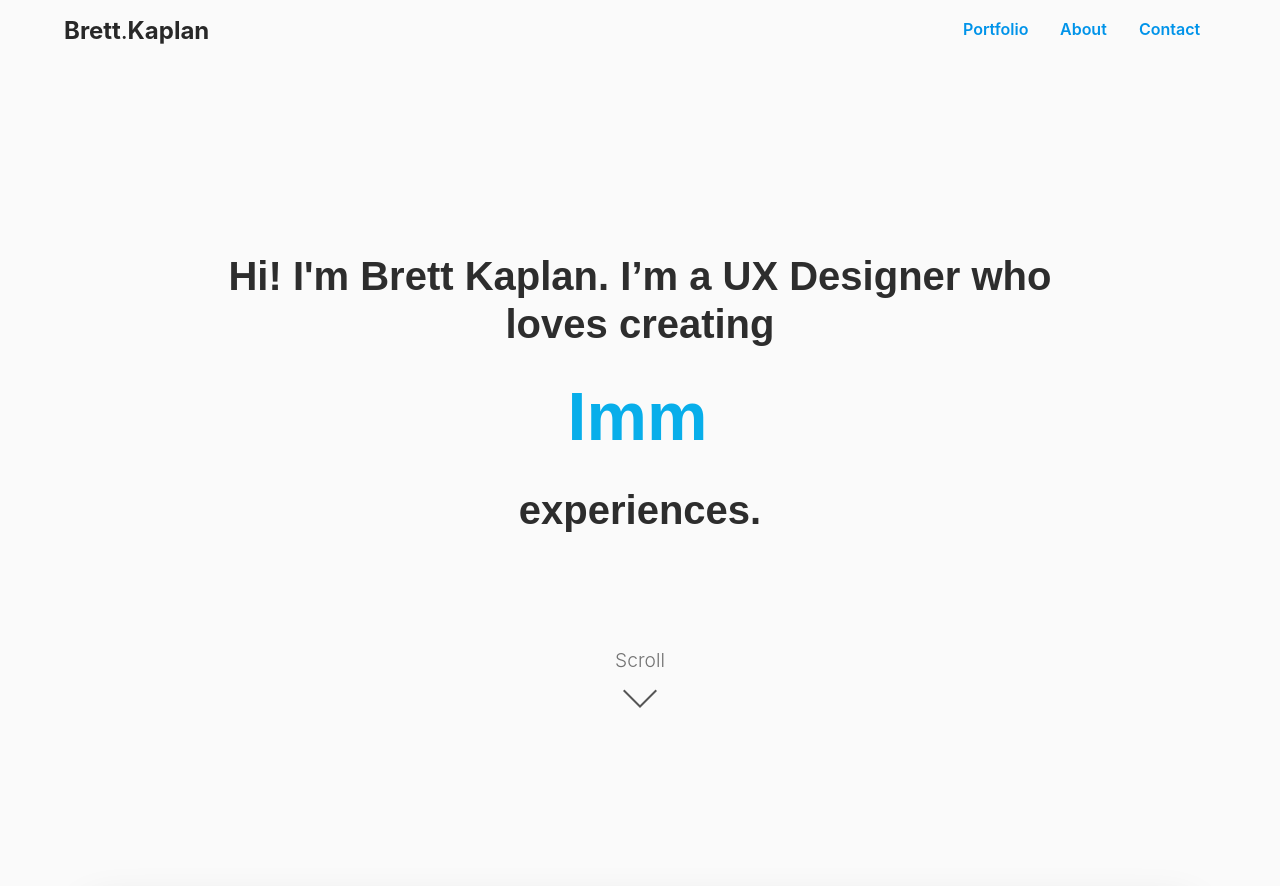
Repository: bkap1690/bkap1690.github.io
Page: index.html
These files come from the project's save history. The page is drawn as it stood at one moment and after the next save; the edit follows.
The browser window is 1280 px wide. The pictures show the part of the page from y = 0 to 886 px (the page is 2190 px tall).
A picture or video elsewhere on the page could not be fetched, so the positions and the page height are approximate. Some web libraries are served in a nearby version.

Above is the page before, as saved 2020-10-12 22:04:59.
Console error: TypeError: Cannot set properties of null (setting 'className')

### index.html
<!DOCTYPE html>
<html lang="en">

<head>
  <meta charset="UTF-8">
  <meta name="viewport" content="width=device-width, initial-scale=1.0">
  <meta http-equiv="X-UA-Compatible" content="ie=edge">
  <meta name="Description" content="Enter your description here" />
  <link rel="stylesheet" href="https://cdnjs.cloudflare.com/ajax/libs/twitter-bootstrap/4.5.0/css/bootstrap.min.css">
  <link rel="stylesheet" href="https://cdnjs.cloudflare.com/ajax/libs/font-awesome/5.13.0/css/all.min.css">
  <link rel="stylesheet" href="css/style.min.css">
  <link rel="stylesheet" href="css/hover-min.css">
  <link href="https://unpkg.com/aos@2.3.1/dist/aos.css" rel="stylesheet">
  <title>Brett Kaplan</title>
</head>
<script>
  document.body.className = 'js';
</script>

<body>
  <header>
    <nav class="navbar navbar-expand-lg navbar-light bg-light fixed-top">
      <a class="navbar-brand nav-logo pl-lg-5" href="#">Brett<span id="logo-dot">.</span>Kaplan</a>
      <button class="navbar-toggler" type="button" data-toggle="collapse" data-target="#navbarSupportedContent"
        aria-controls="navbarSupportedContent" aria-expanded="false" aria-label="Toggle navigation">
        <span class="navbar-toggler-icon"></span>
      </button>

      <div class="collapse navbar-collapse justify-content-end" id="navbarSupportedContent">
        <ul class="navbar-nav pr-lg-5">
          <li class="nav-item active">
            <a class="main-nav-link hvr-underline-from-center mx-3 px-0" href="index.html">Portfolio <span
                class="sr-only">(current)</span></a>
          </li>
          <li class="nav-item">
            <a class="main-nav-link hvr-underline-from-center mx-3 px-0" href="about.html">About</a>
          </li>
          <li class="nav-item">
            <a class="main-nav-link hvr-underline-from-center mx-3 px-0" href="contact.html">Contact</a>
          </li>
        </ul>
      </div>
    </nav>
  </header>
  <div class="top-content container-fluid">
    <div class="row justify-content-center align-items-center">
      <!-- Content here -->
      <div class="headline col-lg-8 col-md-12">
        <h1 class="heading text-center">
          Hi! I'm Brett Kaplan. I’m a UX Designer who loves creating
        </h1>
        <h1 class="typing heading text-center">
          <span class="txt-rotate" data-period="2000"
            data-rotate='[ "enjoyable", "immersive", "people-focused" ]'></span>
        </h1>
        <h1 class="heading text-center">
          experiences.
        </h1>
      </div>
      <!-- <div class="floating-images col-lg-4 col-md-12">
        <ul class="floating-images__container">

          <li class="floating-image">
            <div class="image img-container">
              <img src="dist/img/hero-images/x06-news_app_concept.png.pagespeed.ic.EnncIiBDpJ.webp" alt="">
            </div>
          </li>
          <li class="floating-image">
            <div class="image img-container">
              <img src="dist/img/hero-images/x07-newsletter_landing_page.png.pagespeed.ic.LBzXV0xePM.webp" alt="">
            </div>
          </li>
          <li class="floating-image">
            <div class="image img-container">
              <img src="dist/img/hero-images/x08-landing-page-template.png.pagespeed.ic.x9f71mSB3h.webp" alt="">
            </div>
          </li>
          <li class="floating-image">
            <div class="image img-container">
              <img src="dist/img/hero-images/x09-hero_idea__2.png.pagespeed.ic.W4DFxZuD9m.webp" alt="">
            </div>
          </li>
          <li class="floating-image">
            <div class="image img-container">
              <img src="assets/CityPupsMocks_thumbnail.png" alt="">
            </div>
          </li>
          <li class="floating-image">
            <div class="image img-container">
              <img src="dist/img/hero-images/x11-looper_wallpapers.png.pagespeed.ic.aa73FLs4iI.webp" alt="">
            </div>
          </li>
        </ul>
      </div> -->
    </div>
    <div class="scroll d-flex justify-content-center mt-5 pt-2"><a href="#section1">Scroll</a></div>
    <div id="section04" class="d-flex mt-1 justify-content-center">
      <a href="#section1"></a>
    </div>
  </div>





  <section id="section1" class="section-gap">
    <div class="container col-centered">
      <a href="./sportsstream.html">
        <div class="my-5 py-6 aos-init aos-animate" data-aos="fade-up" data-aos-duration="600">

          <div class="row card-project-big justify-content-between align-items-center">

            <div class="col-md-6 card-round-lg card-round-sm card-gradient-blue">
              <img width="100%" src="assets/sportsstream_app_case_study_hero.png" aria-label="Image" role="img">
            </div>

            <div class="col-md-6">
              <div class="card-body">
                <h5 class="card-title">SportsStream App</h5>
                <p class="card-subtitle">UX Design | UX Research | UI Design | Information
                  Architecture
                </p>
                <p class="card-text">Access all sporting games and events within a dedicated sports streaming app.</p>
              </div>
            </div>
          </div>
        </div>
      </a>

      <a href="./sportsstream.html">
        <div class="my-5 py-6 aos-init aos-animate" data-aos="fade-up" data-aos-duration="600">

          <div class="row card-project-big justify-content-between align-items-center">
            <div class="col-md-6 card-round-lg card-round-sm card-gradient-orange">
              <img width="100%" src="assets/CityPupsMocks_Big.svg" aria-label="Image" role="img">

            </div>
            <div class="col-md-6">
              <div class="card-body">
                <h5 class="card-title">CityPups</h5>
                <p class="card-subtitle">UX Design | UX Research | UI Design | Interaction
                  Design</p>
                <p class="card-text">Helping city-goers match with dogs suited to the city lifestyle.</p>
              </div>
            </div>
          </div>
        </div>
      </a>
      <!-- <a href="./sportsstream.html">
        <div class="my-5 py-6 aos-init aos-animate" data-aos="fade-up" data-aos-duration="600">

          <div class="row card-project-big justify-content-between align-items-center">
            <div class="col-md-6 card-round-lg card-round-sm card-gradient-red">
              <img width=" 100%" src="" aria-label="Image" role="img">

            </div>
            <div class="col-md-6">
              <div class="card-body">
                <h5 class="card-title">Card title</h5>
                <p class="card-text">It's a broader card with text below as a natural lead-in to extra content. This
                  content is a little longer.</p>
                <p class="card-text"><small class="text-muted">Last updated 3 mins ago</small></p>
              </div>
            </div>
          </div>
        </div>
      </a> -->

    </div>

    <!--------------- Grid Project List Style -- To Be Used At A Later Date ----------------->

    <!-- <ul class="thumbnail-grid">

        <a href="./sportsstream.html">
          <li data-aos="fade-up" data-aos-duration="600" class="thumbnail-grid-item aos-init aos-animate">
            <div class="card-project"
              style="background-image: url('assets/sportsstream_app_case_study_hero.png'); background-size: contain; background-repeat: no-repeat;">
              <div class="card-bottom">
                <h4 class="card-title">
                  SportsStream App
                </h4>
                <h5 class="card-subtitle">
                  UX/UI Design, Research, AI
                </h5>
                <p class="card-content">
                  Stream your favorite sports.
                </p>
              </div>
            </div>
          </li>
        </a>


        <a href="./citypups.html">
          <li data-aos="fade-up" data-aos-duration="600" data-aos-delay="200"
            class="thumbnail-grid-item aos-init aos-animate">
            <div class="card-project"
              style="background-image: url('assets/CityPupsMocks.png'); background-size: contain; background-repeat: no-repeat;">
              <div class="card-bottom">
                <h4 class="card-title">
                  CityPups Website
                </h4>
                <h5 class="card-subtitle">
                  UX/UI Design, Interaction Design
                </h5>
                <p class="card-content">
                  Helping city-goers find dogs.
                </p>
              </div>
            </div>
          </li>
        </a>
        <br>
        <br>
        <br>
        <a href="./works/mirror-mirror.html">
          <li data-aos="fade-up" data-aos-duration="600" data-aos-delay="200" data-aos-offset="-50"
            class="thumbnail-grid-item aos-init aos-animate">
            <div class="card-project"
              style="background-image: url('assets/CityPupsMocks.png'); background-size: contain; background-repeat: no-repeat;">
              <div class="card-bottom">
                <h4 class="card-title">
                  Relayto Platform
                </h4>
                <h5 class="card-subtitle">
                  UX Design, UX Research, AI
                </h5>
                <p class="card-content">
                  Easily transform your static PDFs into web-based presentations
                </p>
              </div>
            </div>
          </li>
        </a>

        <a href="./works/THD.html">
          <li data-aos="fade-up" data-aos-duration="600" data-aos-delay="200"
            class="thumbnail-grid-item aos-init aos-animate">
            <div class="card-project"
              style="background-image: url('assets/CityPupsMocks.png'); background-size: contain; background-repeat: no-repeat;">
              <div class="card-bottom">
                <h4 class="card-title">
                  My Home Depot Internship
                </h4>
                <h5 class="card-subtitle">
                  UX/UI Design, UX Research, Internship
                </h5>
                <p class="card-content">
                  What I learned and what I could have done during my Home Depot internship.
                </p>
              </div>
            </div>
          </li>
        </a>
      </ul> -->
    </div>
  </section>
  <a class="hidden" href="" id="scroll-to-top"><i class="fa fa-chevron-up" aria-hidden="true"></i></a>
  <!-- Footer -->
  <footer class="page-footer">

    <!-- Footer Elements -->
    <div class="container d-flex justify-content-center">

      <!-- Grid row-->
      <div class="row">

        <!-- Grid column -->
        <div class="col-md-12 pt-5 pb-2">
          <div class=" flex-center">

            <!-- Facebook -->
            <a class="sl-ic" href="" target="_blank">
              <i class="fab fa-facebook-f fa-lg white-text mr-md-4 mr-3"> </i>
            </a>
            <!--Linkedin -->
            <a class="sl-ic" href="" target="_blank">
              <i class="fab fa-linkedin-in fa-lg white-text mr-md-4 mr-3"> </i>
            </a>
            <!--Dribbble -->
            <a class="sl-ic" href="" target="_blank">
              <i class="fab fa-dribbble fa-lg white-text mr-md-4 mr-3"> </i>
            </a>
          </div>
        </div>
        <!-- Grid column -->

      </div>
      <!-- Grid row-->

    </div>
    <!-- Footer Elements -->

    <!-- Copyright -->
    <div class="footer-copyright text-center py-3">© 2020 Copyright:
      <a href="https://mdbootstrap.com/"> brettkaplan.design</a>
    </div>
    <!-- Copyright -->

  </footer>
  <!-- Footer -->
  <section class="test2"></section>
  <script src="https://unpkg.com/aos@next/dist/aos.js"></script>
  <script>
    AOS.init();
  </script>

  <script src="https://code.jquery.com/jquery-3.5.1.min.js"
    integrity="sha256-9/aliU8dGd2tb6OSsuzixeV4y/faTqgFtohetphbbj0=" crossorigin="anonymous"></script>
  <script src="https://cdnjs.cloudflare.com/ajax/libs/popper.js/1.16.1/umd/popper.min.js"></script>
  <script src="https://cdnjs.cloudflare.com/ajax/libs/twitter-bootstrap/4.5.0/js/bootstrap.min.js"></script>
  <script type="text/javascript" src="js/js.js"></script>
</body>

</html>

### js/js.js
$(document).ready(function () {
  $("#secondary-nav").hide();

  // Add smooth scrolling to all links
  $("a").on("click", function (event) {
    // Make sure this.hash has a value before overriding default behavior
    if (this.hash !== "") {
      // Prevent default anchor click behavior
      event.preventDefault();

      // Store hash
      var hash = this.hash;

      // Using jQuery's animate() method to add smooth page scroll
      // The optional number (800) specifies the number of milliseconds it takes to scroll to the specified area
      $("html, body").animate({
          scrollTop: $(hash).offset().top,
        },
        800,
        function () {
          // Add hash (#) to URL when done scrolling (default click behavior)
          window.location.hash = hash;
        }
      );
    } // End if
  });
});

// Typing Effect on Hero Header

var TxtRotate = function (el, toRotate, period) {
  this.toRotate = toRotate;
  this.el = el;
  this.loopNum = 0;
  this.period = parseInt(period, 10) || 1000;
  this.txt = "";
  this.tick();
  this.isDeleting = false;
};

TxtRotate.prototype.tick = function () {
  var i = this.loopNum % this.toRotate.length;
  var fullTxt = this.toRotate[i];

  if (this.isDeleting) {
    this.txt = fullTxt.substring(0, this.txt.length - 1);
  } else {
    this.txt = fullTxt.substring(0, this.txt.length + 1);
  }

  this.el.innerHTML = '<span class="wrap">' + this.txt + "</span>";

  var that = this;
  var delta = 300 - Math.random() * 100;

  if (this.isDeleting) {
    delta /= 2;
  }

  if (!this.isDeleting && this.txt === fullTxt) {
    delta = this.period;
    this.isDeleting = true;
  } else if (this.isDeleting && this.txt === "") {
    this.isDeleting = false;
    this.loopNum++;
    delta = 500;
  }

  setTimeout(function () {
    that.tick();
  }, delta);
};

window.onload = function () {
  var elements = document.getElementsByClassName("txt-rotate");
  for (var i = 0; i < elements.length; i++) {
    var toRotate = elements[i].getAttribute("data-rotate");
    var period = elements[i].getAttribute("data-period");
    if (toRotate) {
      new TxtRotate(elements[i], JSON.parse(toRotate), period);
    }
  }
  // INJECT CSS
  var css = document.createElement("style");
  css.type = "text/css";
  css.innerHTML =
    ".txt-rotate > .wrap { border-right: 0.08em solid transparent }";
  document.body.appendChild(css);
};

$(function () {
  $(window).scroll(function (e) {
    if ($(this).scrollTop() > 800) {
      $("#secondary-nav").fadeIn("slow");
    } else {
      $("#secondary-nav").fadeOut("fast");
    }
  });
});



//Cross-browser smooth-scroll JS:

$('a[href^="#"]').on("click", function (e) {
  e.preventDefault();

  var target = this.hash;
  var $target = $(target);

  $("html, body")
    .stop()
    .animate({
        scrollTop: $target.offset().top,
      },
      700,
      "swing",
      function () {
        window.location.hash = target;
      }
    );
});

//Check to see if the window is top if not then display button
$(window).scroll(function () {
  if ($(this).scrollTop() > 300) {
    $("#scroll-to-top").fadeIn();
  } else {
    $("#scroll-to-top").fadeOut();
  }
});




//Click event to scroll to top
$("#scroll-to-top").click(function () {
  $("html, body").animate({
      scrollTop: 0,
    },
    600
  );
  return false;
});

$(document).ready(function () {
  var getMax = function () {
    return $(document).height() - $(window).height();
  };

  var getValue = function () {
    return $(window).scrollTop();
  };

  if ("max" in document.createElement("progress")) {
    var progressBar = $("progress");

    progressBar.attr({
      max: getMax(),
    });

    $(document).on("scroll", function () {
      progressBar.attr({
        value: getValue(),
      });
    });

    $(window).resize(function () {
      progressBar.attr({
        max: getMax(),
        value: getValue(),
      });
    });
  } else {
    var progressBar = $(".progress-bar"),
      max = getMax(),
      value,
      width;

    var getWidth = function () {
      value = getValue();
      width = (value / max) * 100;
      width = width + "%";
      return width;
    };

    var setWidth = function () {
      progressBar.css({
        width: getWidth(),
      });
    };

    $(document).on("scroll", setWidth);
    $(window).on("resize", function () {
      max = getMax();
      setWidth();
    });
  }
});

$(window).scroll(function () {
  $("nav").toggleClass("scrolled", $(this).scrollTop() > 100);
});

Loaded but not shown: css/style.min.css (library); css/hover-min.css (library)

After the next save:
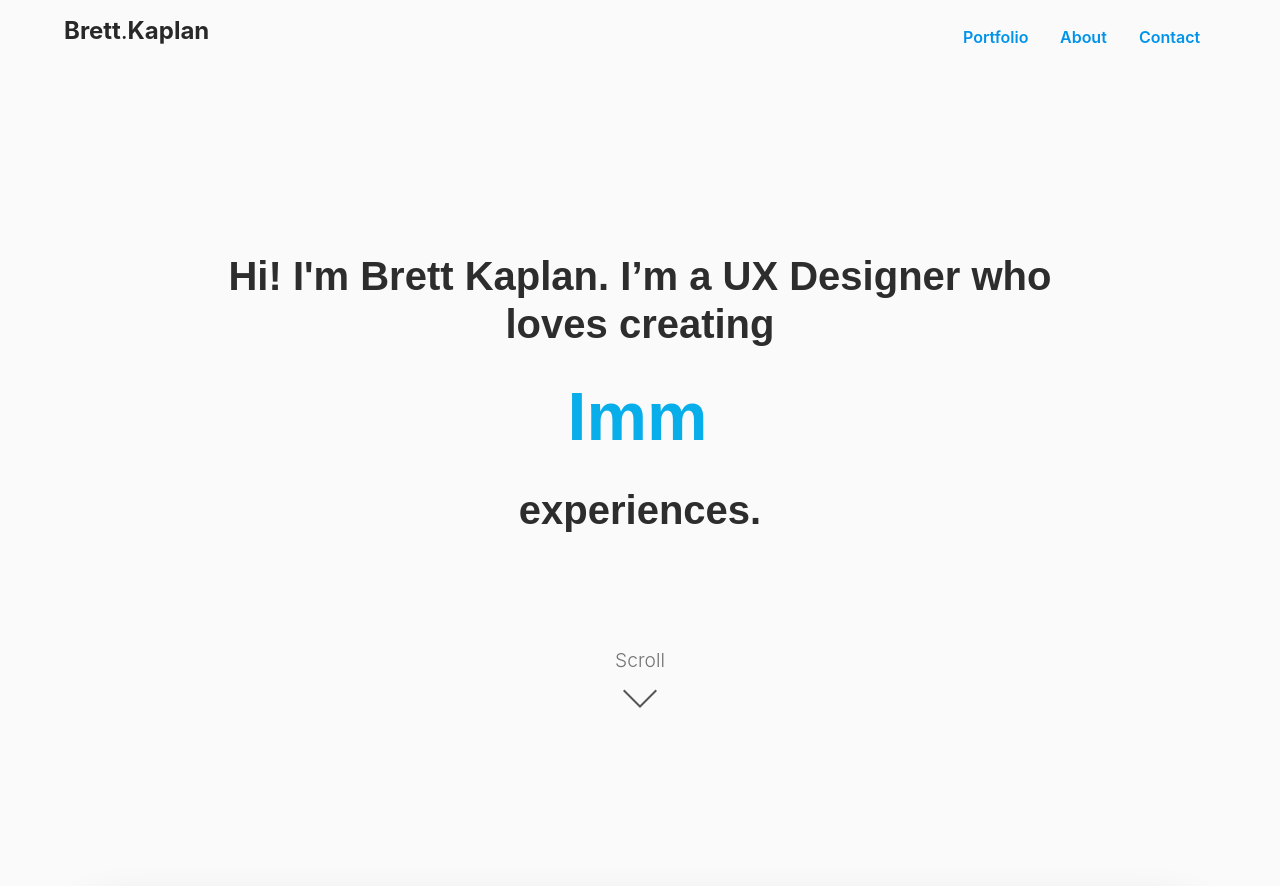
Saved 10 min 44 s later.
--- a/index.html
+++ b/index.html
@@ -27,7 +27,7 @@
       </button>
 
       <div class="collapse navbar-collapse justify-content-end" id="navbarSupportedContent">
-        <ul class="navbar-nav pr-lg-5">
+        <ul class="navbar-nav pr-lg-5 pt-sm-3">
           <li class="nav-item active">
             <a class="main-nav-link hvr-underline-from-center mx-3 px-0" href="index.html">Portfolio <span
                 class="sr-only">(current)</span></a>
